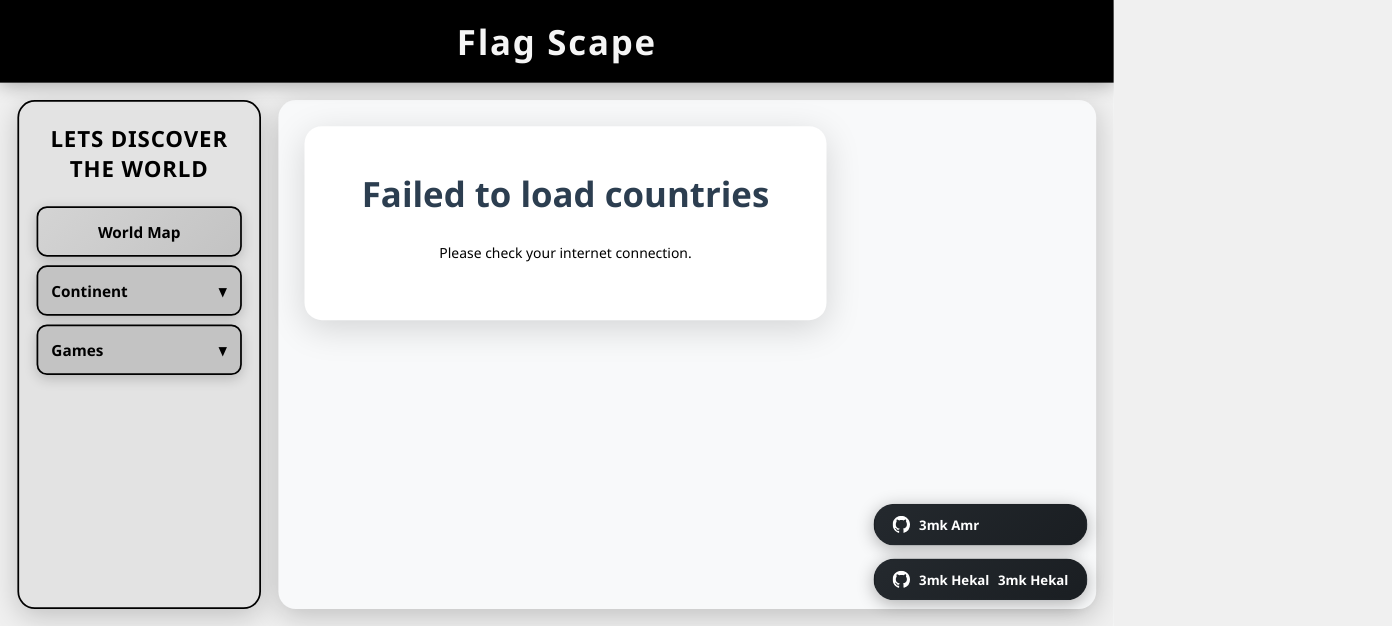
Repository: Amr-Ma7moud/FlagScape
Page: guessTheFlag.html
An editor plug-in stored every save of this project. The page is shown before and after the next save, followed by the edit.
The browser window is 1280 px wide. The page is 1280 px wide, then 1600 px, so the pictures cover 1600 px, including what lies to the right of the window. The pictures show the whole page, at 87% of full size.
The page's requests for data from a server got no answer.

Above is the page before, as saved 2025-12-02 01:39:37.

After the next save:
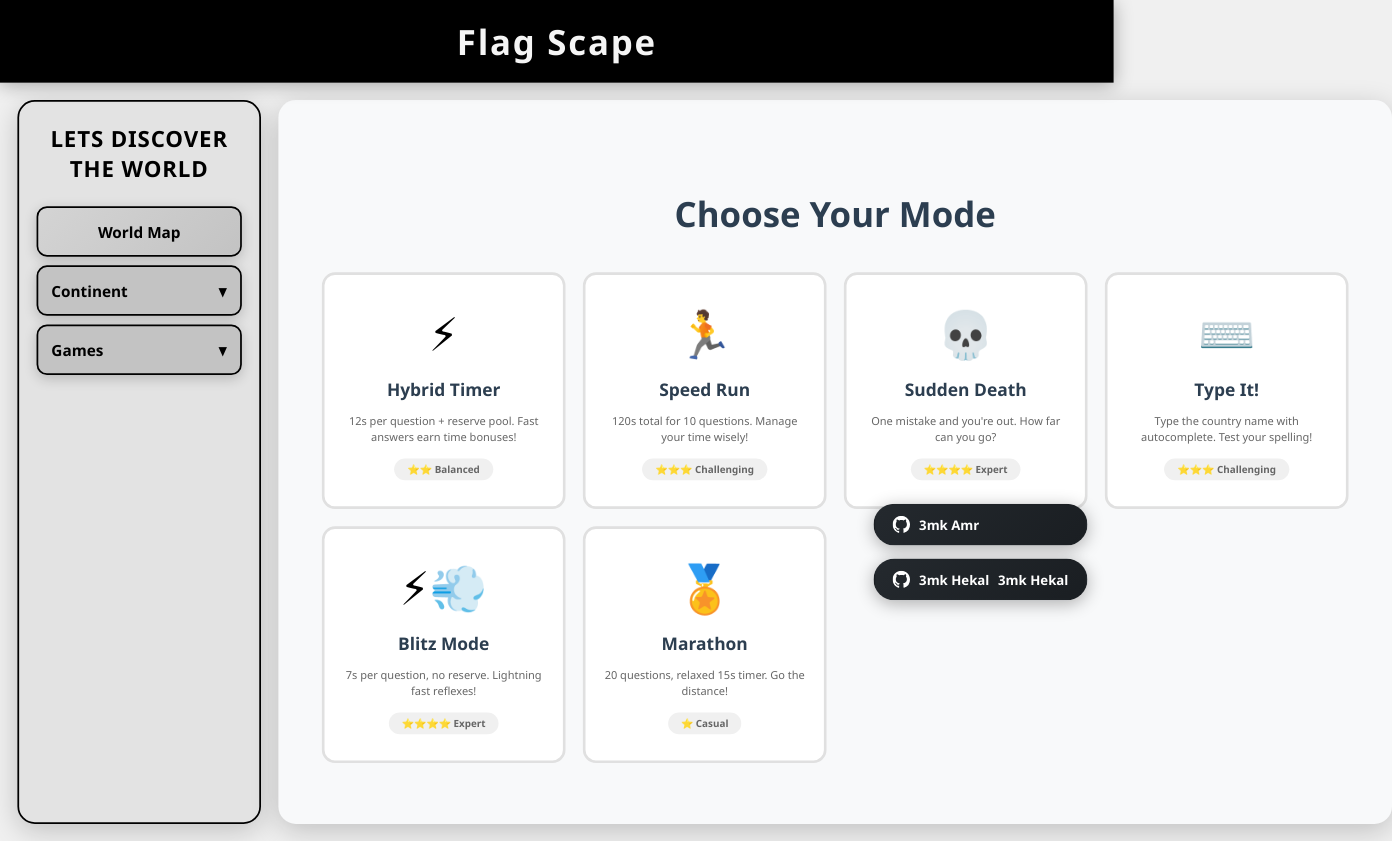
Saved 17 s later.
--- a/js/guessTheFlag.js
+++ b/js/guessTheFlag.js
@@ -226,15 +226,80 @@ function resetGame() {
 }
 
 els.restart.addEventListener("click", resetGame);
+els.changeMode?.addEventListener("click", showModeSelection);
+els.backToModes?.addEventListener("click", showModeSelection);
+
+// Mode selection handlers
+document.querySelectorAll(".mode-card").forEach(card => {
+    card.addEventListener("click", () => {
+        const mode = card.dataset.mode;
+        startMode(mode);
+    });
+});
+
+function showModeSelection() {
+    stopTimer();
+    els.modeSelection.classList.remove("hidden");
+    els.gameHeader.classList.add("hidden");
+    els.gameArea.classList.add("hidden");
+    els.result.classList.add("hidden");
+}
+
+async function startMode(modeKey) {
+    const mode = MODES[modeKey];
+    if (!mode) return;
+
+    state.mode = modeKey;
+    state.score = 0;
+    state.streak = 0;
+    state.question = 1;
+    state.correctCount = 0;
+    state.totalQuestions = mode.totalQuestions;
+    state.timer.reserve = 0;
+    state.timer.basePerQuestion = mode.basePerQuestion || 12;
+    state.timer.maxPerQuestionBonus = mode.maxPerQuestionBonus || 0;
+    state.timer.maxReserve = mode.maxReserve || 0;
+    state.timer.globalRemaining = mode.globalTime || 0;
+
+    // Fetch countries if needed
+    if (!state.countries.length) {
+        try {
+            state.countries = await fetchCountries();
+        } catch (e) {
+            console.error("Failed to fetch countries", e);
+            alert("Failed to load countries. Please check your internet connection.");
+            showModeSelection();
+            return;
+        }
+    }
+
+    // UI setup
+    els.modeSelection.classList.add("hidden");
+    els.gameHeader.classList.remove("hidden");
+    els.gameArea.classList.remove("hidden");
+    els.result.classList.add("hidden");
+    els.modeName.textContent = mode.name;
+
+    // Show/hide relevant stats
+    els.reserveStat.classList.toggle("hidden", !mode.useReserve);
+    els.livesStat.classList.toggle("hidden", !mode.suddenDeath);
+    els.timerStat.classList.toggle("hidden", mode.typing && !mode.useGlobalTimer);
+
+    // Show/hide input methods
+    if (mode.typing) {
+        els.options.classList.add("hidden");
+        els.typingInput.classList.remove("hidden");
+    } else {
+        els.options.classList.remove("hidden");
+        els.typingInput.classList.add("hidden");
+    }
+
+    renderQuestion();
+}
 
 (async function init() {
-    try {
-        state.countries = await fetchCountries();
-        renderQuestion();
-    } catch (e) {
-        console.error("Failed to init Guess The Flag", e);
-        document.getElementById("guess-flag-game").innerHTML = `<div class="result-content"><h2>Failed to load countries</h2><p>Please check your internet connection.</p></div>`;
-    }
+    // Show mode selection on load
+    showModeSelection();
 })();
 
 // Timer helpers
